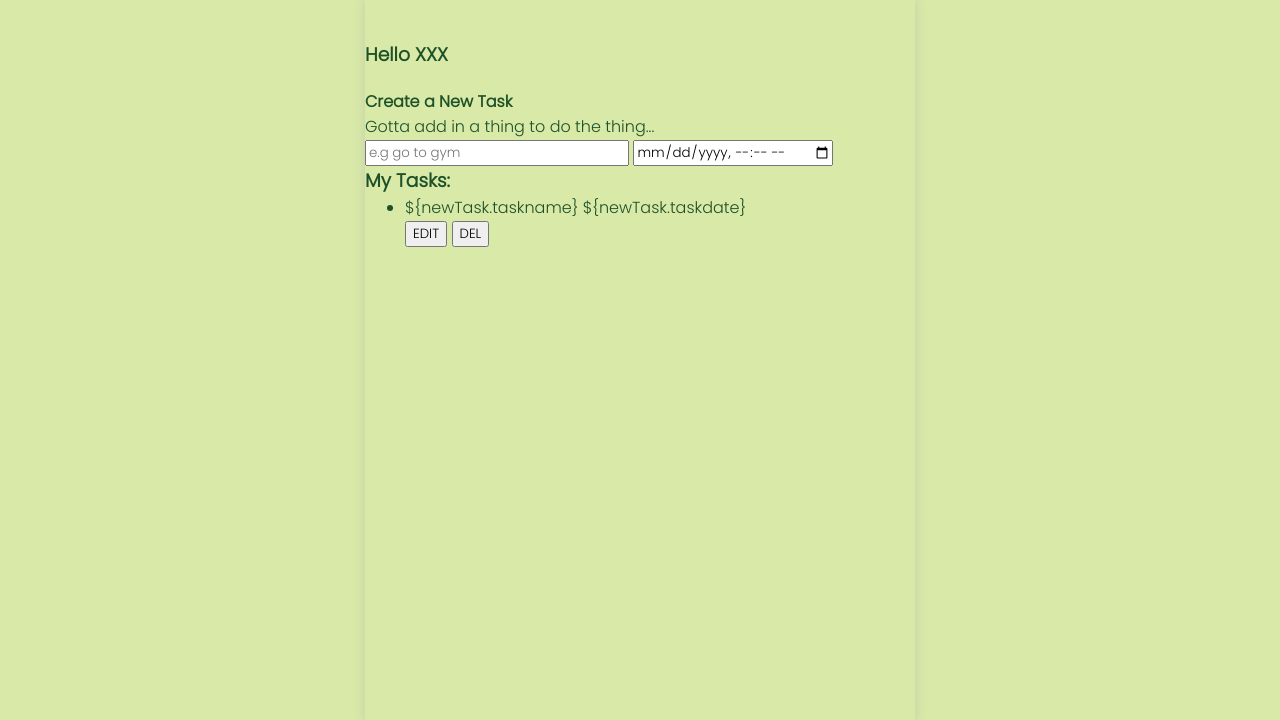
Repository: acidpixie/todo-app-version3
Page: index.html
These files come from the project's save history. The page is drawn as it stood at one moment and after the next save; the edit follows.
The browser window is 1280 px wide. The pictures show the whole page.

Above is the page before, as saved 2022-06-11 15:31:50.

### index.html
<!DOCTYPE html>
<html lang="en">
<head>
    <meta charset="UTF-8">
    <meta http-equiv="X-UA-Compatible" content="IE=edge">
    <meta name="viewport" content="width=device-width, initial-scale=1.0">
    <title>Todo Application</title>

    <link rel="stylesheet" type="text/css" href="/css/stylesheet.css">
    <script type="text/javascript" src="/js/script.js" defer></script>

    <!--google fonts - poppins-->
    <link rel="preconnect" href="https://fonts.googleapis.com">
    <link rel="preconnect" href="https://fonts.gstatic.com" crossorigin>
    <link href="https://fonts.googleapis.com/css2?family=Poppins:wght@200;300&display=swap" rel="stylesheet">


</head>
<body>

    <section>
        <header class="heading">
        <h3>Hello XXX</h3>
        </header>

        <div>
            <h4>Create a New Task</h4>
            <form>
                <label>Gotta add in a thing to do the thing...</label>
                <input type="text" id="input-task" placeholder="e.g go to gym">
                <input type="datetime-local" id="input-date">
                </label>
            </form>
       </div>
    </section>

    <section>
        <div id="display-tasks" class="display">
            <h3>My Tasks:</h3>
            <ul class="task-item" id="task-list">
                <li class="list-item" id="list-item" data-id="${newTask.taskId}">
                    <div class="list-container">
                        <span class="list-input" id="list-input">${newTask.taskname}</span>
                        <span class="list-date-input" id="list-date-input">${newTask.taskdate}</span>
                    </div>
                    <div class="list-buttons">
                        <button class="edit-item" id="edit-item">EDIT</button>
                        <button class="delete-item" id="delete-item">DEL</button>
                    </div>
                </li>
            </ul>
        </div>
    </section>


</body>
</html>

### css/stylesheet.css
/*color pallet
#191A19 - black
#1E5128 - dark green
#4E9F3D - light green
#D8E9A8 - whitish green gray
*/



* {
    box-sizing: border-box;
    font-family: "poppins", sans-serif;
    margin: 0;
}

body {
    background-color: #D8E9A8;
    color: #1E5128;
    max-width: 550px;
    min-height: 100vh;
    margin: auto;
    box-shadow: 0 1px 10px 0px rgba(176, 173, 173, 0.467);
    position: relative;
}

.heading {
    padding-top: 40px;
    padding-bottom: 20px;
}

Loaded but not shown: js/script.js (no copy from this time; the picture is the same without it)

After the next save:
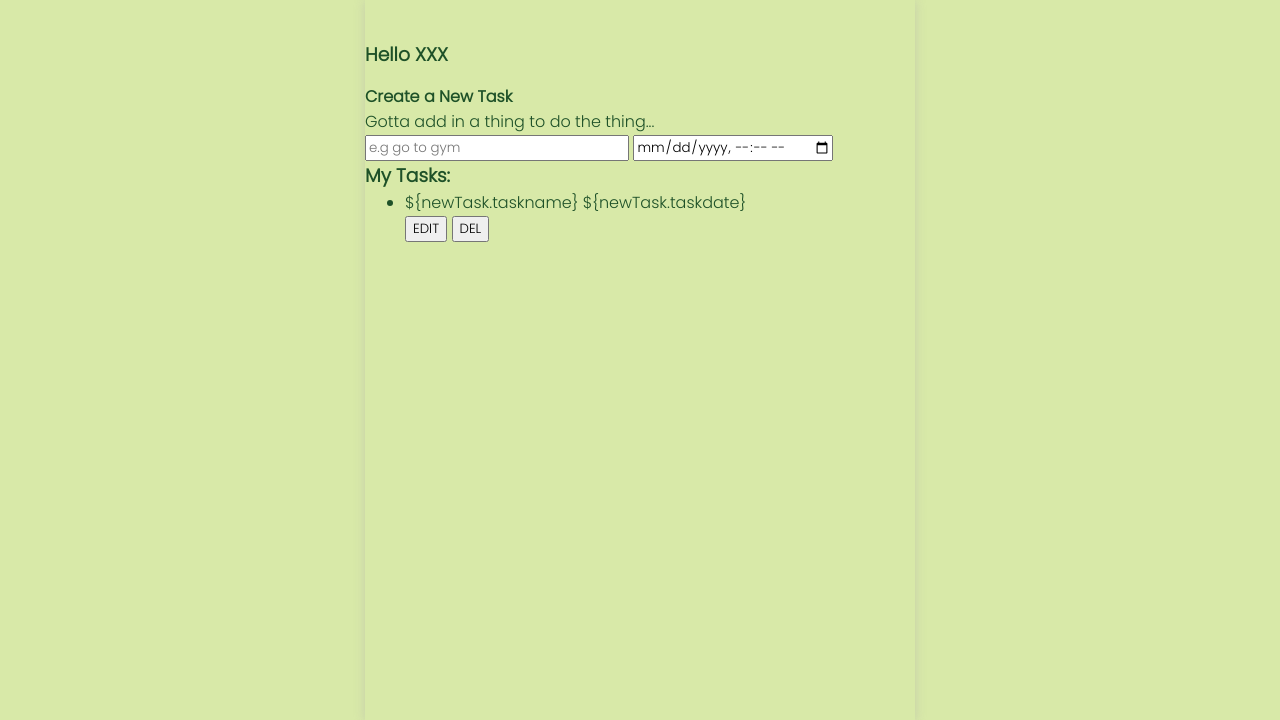
Saved 9 s later.
--- a/css/stylesheet.css
+++ b/css/stylesheet.css
@@ -25,5 +25,5 @@ body {
 
 .heading {
     padding-top: 40px;
-    padding-bottom: 20px;
+    padding-bottom: 15px;
 }
